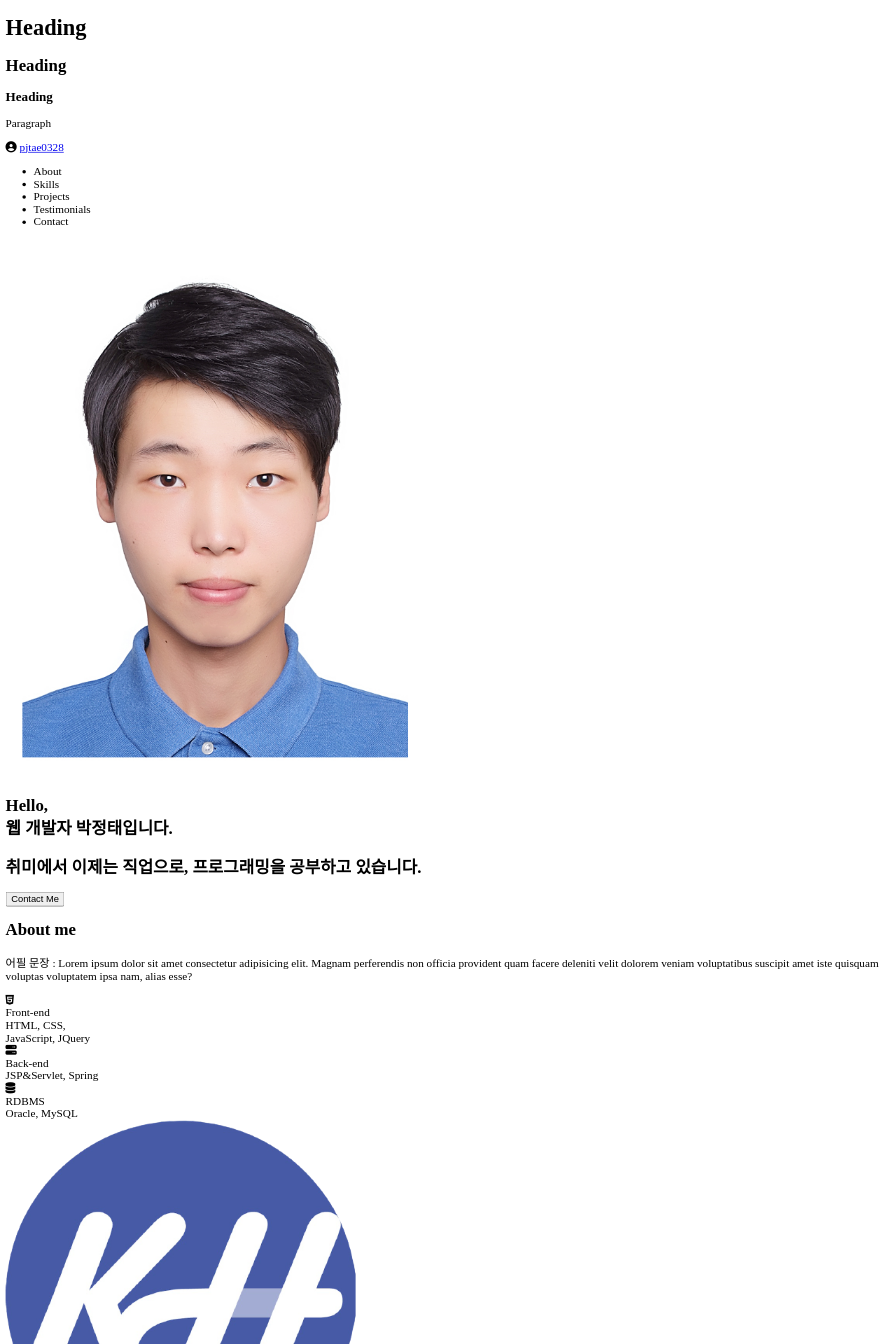
Repository: pjtae0328/Portfolio
Page: index.html
These files come from the project's save history. The page is drawn as it stood at one moment and after the next save; the edit follows.
The browser window is 1280 px wide. The pictures show the part of the page from y = 0 to 1920 px (the page is 6835 px tall before and 7249 px after), at 70% of full size.
Some web libraries are served in a nearby version.

Above is the page before, as saved 2021-09-02 21:04:40.

After the next save:
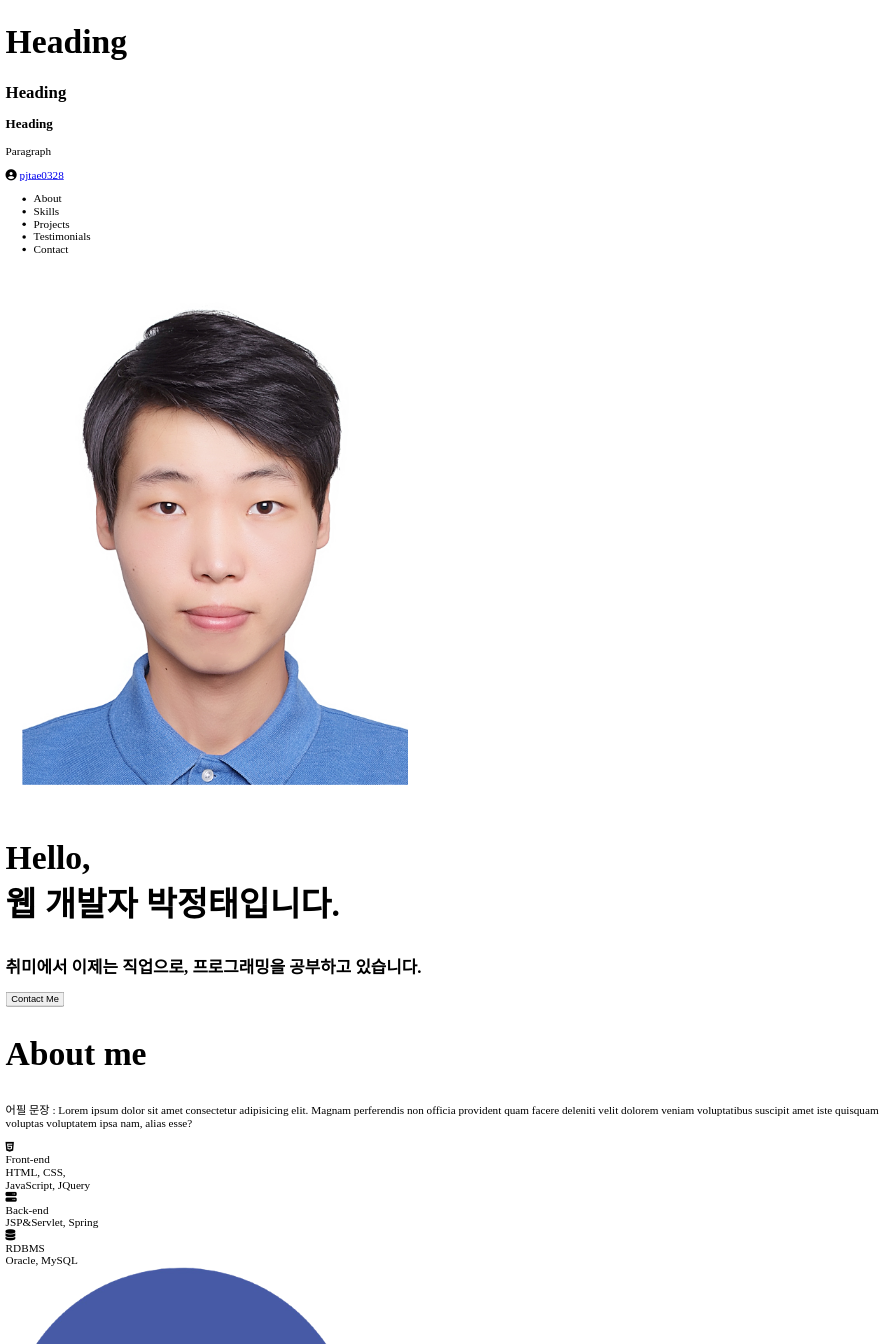
Saved 66 s later.
--- a/style.css
+++ b/style.css
@@ -35,3 +35,10 @@
 * {
   box-sizing: border-box;
 }
+
+/* Typography */
+h1 {
+  font-size: var(--font-large);
+  font-weight: var(--weight-bold);
+  color: var(--color-black);
+}
